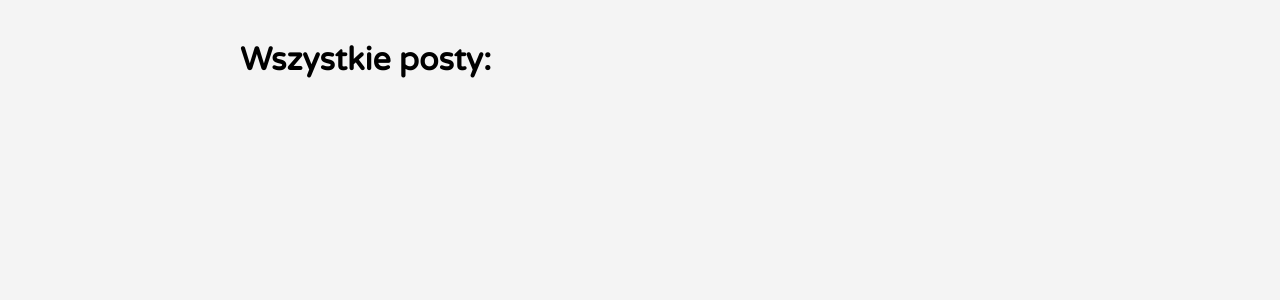
Repository: noisevisionproductions/PlayMeetWebsite
Page: src/main/resources/templates/posts.html
The author's editor kept a copy of each file at every save. The page is drawn from the files as they stood at one save, then again after the next save.
The browser window is 1280 px wide. The pictures show the whole page.
Some web libraries are served in a nearby version.

Above is the page before, as saved 2024-03-24 16:27:07.

### src/main/resources/templates/posts.html
<!DOCTYPE html>
<html lang="en">

<head>
    <meta charset="UTF-8">
    <meta name="viewport" content="width=device-width, initial-scale=1.0">
    <title>Posty</title>
    <link rel="icon" type="image/x-icon" href="assets/favicon.ico" />
    <!-- Font Awesome icons (free version)-->
    <script src="https://use.fontawesome.com/releases/v6.3.0/js/all.js" crossorigin="anonymous"></script>
    <!-- Google fonts-->
    <link href="https://fonts.googleapis.com/css?family=Varela+Round" rel="stylesheet" />
    <link
        href="https://fonts.googleapis.com/css?family=Nunito:200,200i,300,300i,400,400i,600,600i,700,700i,800,800i,900,900i"
        rel="stylesheet" />
    <!-- Core theme CSS (includes Bootstrap)-->
    <link href="css/posts.css" rel="stylesheet" />

</head>


<body>
    <!-- Contener for posts displaying -->
    <div class="container">
        <h1 class="posts-header"> Wszystkie posty:</h1>
        <div id="posts-container">

        </div>
    </div>
</body>

</html>

### src/main/resources/static/css/posts.css
body {
    font-family: "Nunito", sans-serif;
    margin: 0;
    padding: 0;
    background-color: #f4f4f4;
}

.container {
    max-width: 800px;
    margin: auto;
    padding: 20px;
}

.post {
    background: #fff;
    padding: 20px;
    margin-bottom: 20px;
    border-radius: 5px;
    box-shadow: 0 2px 4px rgba(0, 0, 0, 0.1);
}

.post h2 {
    margin-top: 0;
}

h1,
h2,
h3,
h4,
h5,
h6 {
    font-family: "Varela Round", sans-serif;
}

After the next save:
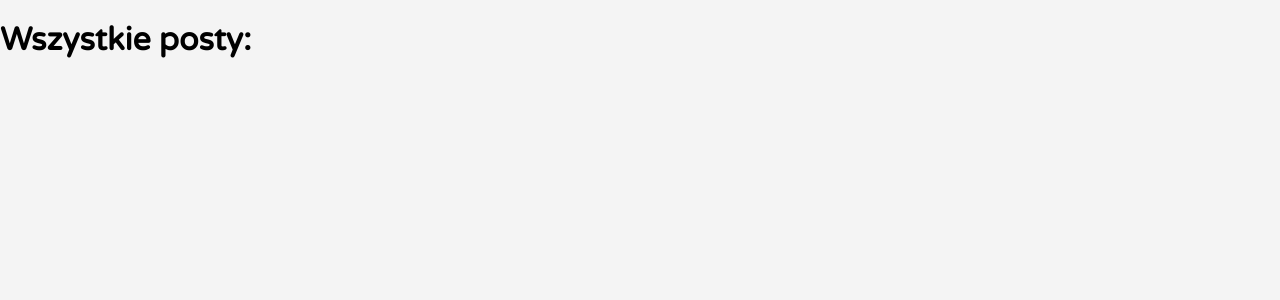
Saved 23 s later.
--- a/src/main/resources/templates/posts.html
+++ b/src/main/resources/templates/posts.html
@@ -21,7 +21,7 @@
 
 <body>
     <!-- Contener for posts displaying -->
-    <div class="container">
+    <div class="posts">
         <h1 class="posts-header"> Wszystkie posty:</h1>
         <div id="posts-container">
 

After the save that followed:
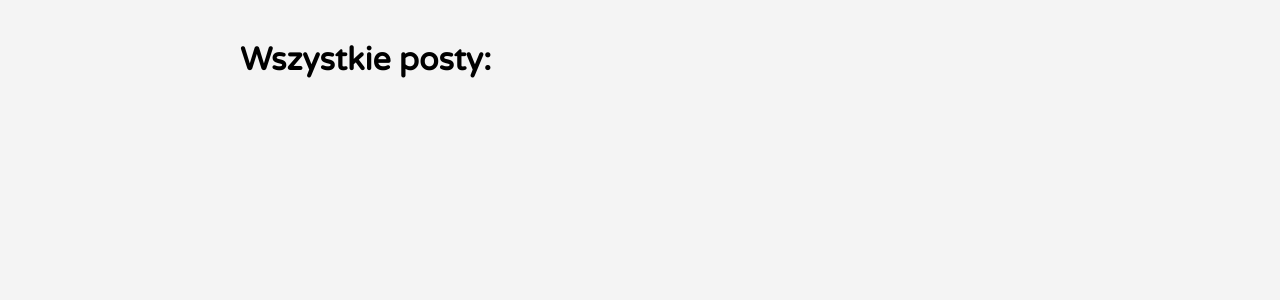
Saved 30 s later.
--- a/src/main/resources/templates/posts.html
+++ b/src/main/resources/templates/posts.html
@@ -21,7 +21,7 @@
 
 <body>
     <!-- Contener for posts displaying -->
-    <div class="posts">
+    <div class="container">
         <h1 class="posts-header"> Wszystkie posty:</h1>
         <div id="posts-container">
 
